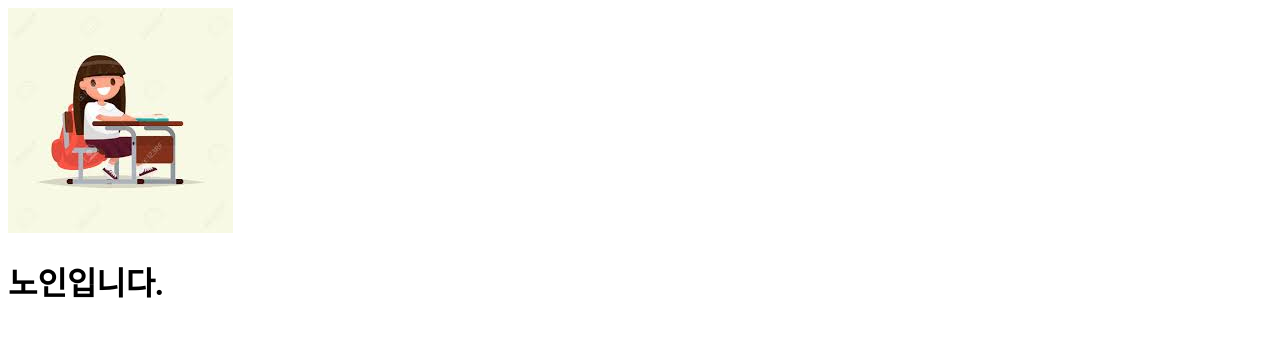
Repository: eyonghwan/jsp_practice
Page: http://localhost/JSPBasic/JspObject/4.objecttest/bus_senior.jsp
The author's editor kept a copy of each file at every save. The page is drawn from the files as they stood at one save, then again after the next save.
The browser window is 1280 px wide. The pictures show the whole page.
The page is served by Tomcat 9.

Above is the page before, as saved 2022-02-07 05:24:56.

After the next save:
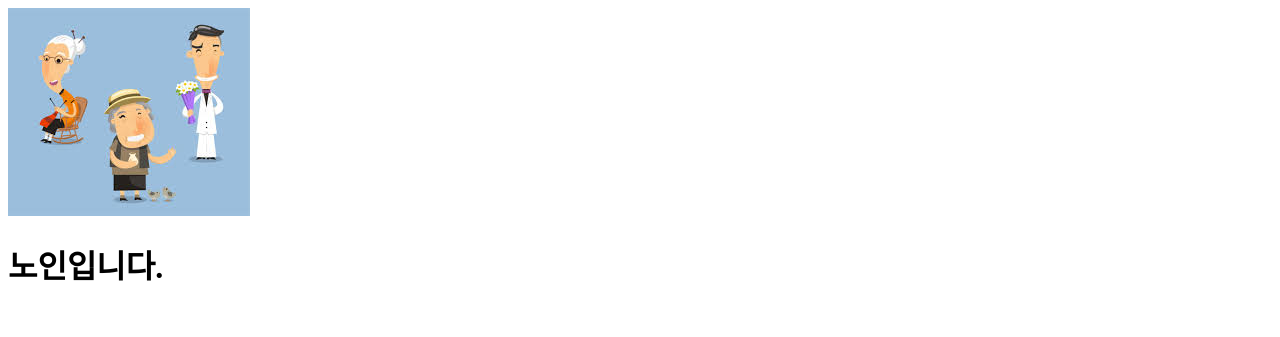
Saved 5 s later.
--- a/JSPBasic/src/main/webapp/JspObject/4.objecttest/bus_senior.jsp
+++ b/JSPBasic/src/main/webapp/JspObject/4.objecttest/bus_senior.jsp
@@ -7,7 +7,7 @@
 <title>노인</title>
 </head>
 <body>
-	<img src="repository/junior.jpg">
+	<img src="repository/senior.jpg">
 	<h1>노인입니다.</h1>
 </body>
 </html>
